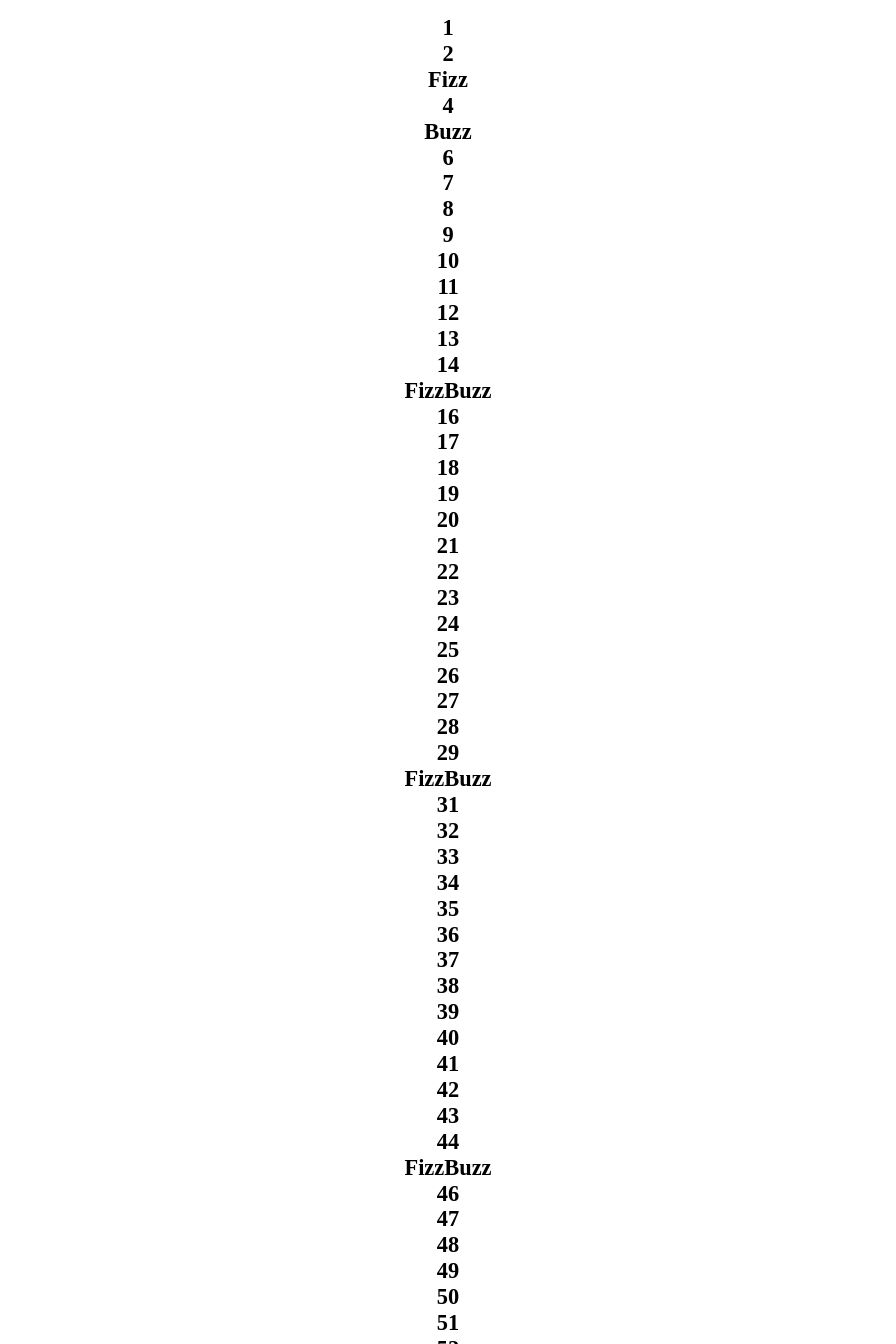
Repository: Lexscher/PHP-practice
Page: http://localhost/
The author's editor kept a record of every edit. The page is drawn from the files as they stood at one moment, then again after the next edit.
The browser window is 1280 px wide. The pictures show the part of the page from y = 0 to 1920 px (the page is 3706 px tall), at 70% of full size.
The page is run by PHP 8.4 with error messages shown; the project is at /var/www/html/.

Above is the page before.

### index.php
<!DOCTYPE html>
<html>
    <head>
        <title>My php website!</title>
    </head>
</html>

<body>

    <center>

        <h1>
               <?php
                // While Loops!

                $a = 1;

                while( $a < 100 ){
                    if ($a % 3 == 0 and $a % 5== 0 ) :
                        echo "FizzBuzz";
                    elseif ($a == 3) :
                        echo "Fizz";
                     elseif ($a == 5) :
                        echo "Buzz";
                    else :
                        echo $a;
                    endif;
                    echo "<br />";
                    $a++;
                }


                ?>
        </h1>

    </center>

</body>

After the next edit:
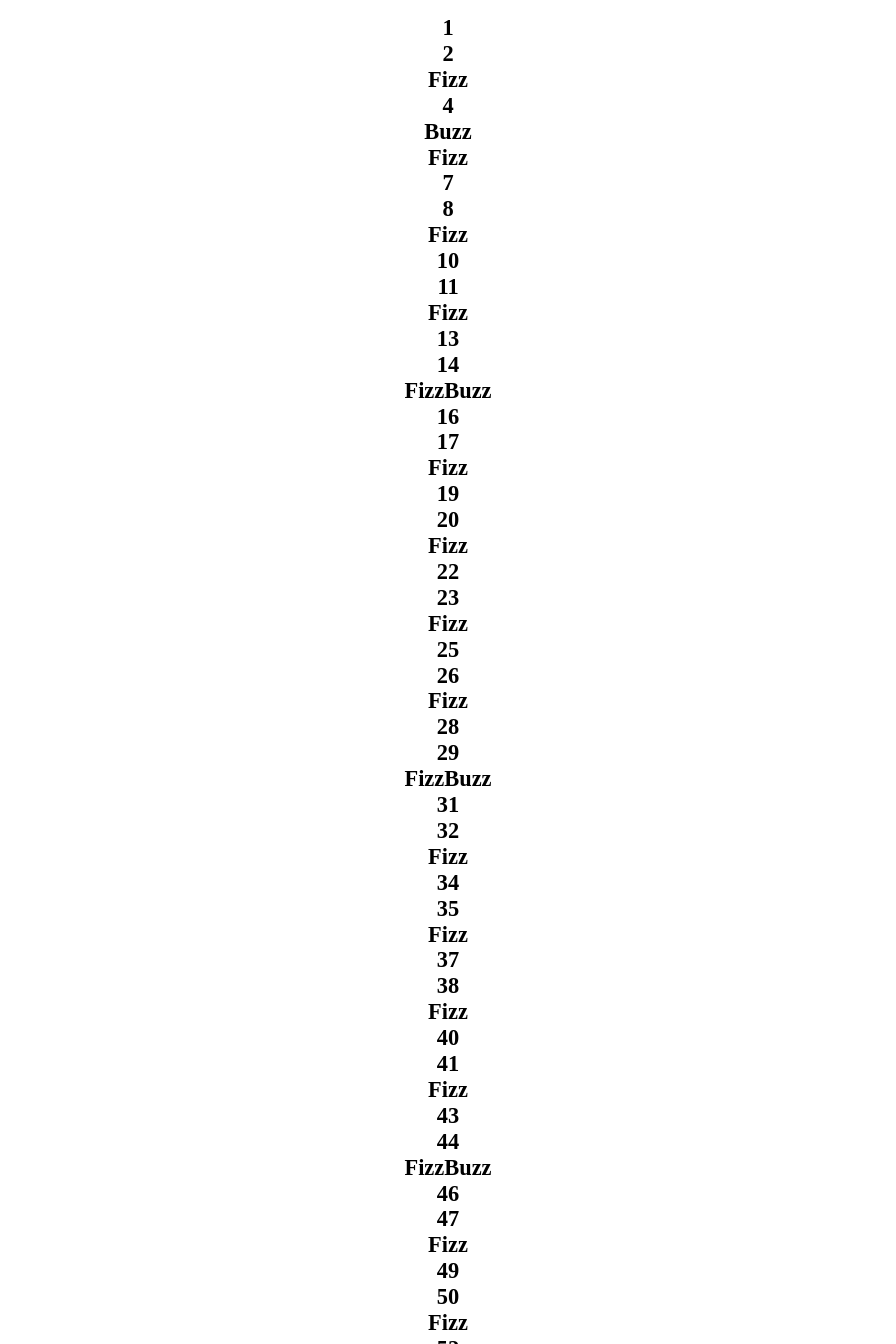
The edit:
--- a/index.php
+++ b/index.php
@@ -18,7 +18,7 @@
                 while( $a < 100 ){
                     if ($a % 3 == 0 and $a % 5== 0 ) :
                         echo "FizzBuzz";
-                    elseif ($a == 3) :
+                    elseif ($a % 3 == 0) :
                         echo "Fizz";
                      elseif ($a == 5) :
                         echo "Buzz";
